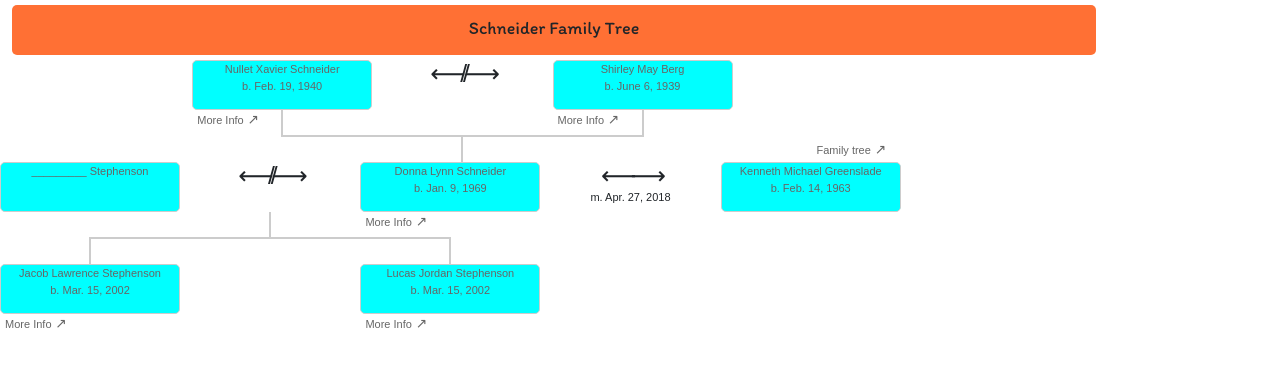
Repository: George2916/GreensladeFamilyTree
Page: familyTreeSchneider.html
The author's editor kept a record of every edit. The page is drawn from the files as they stood at one moment, then again after the next edit.
The browser window is 1280 px wide. The pictures show the whole page.

Above is the page before.

After the next edit:
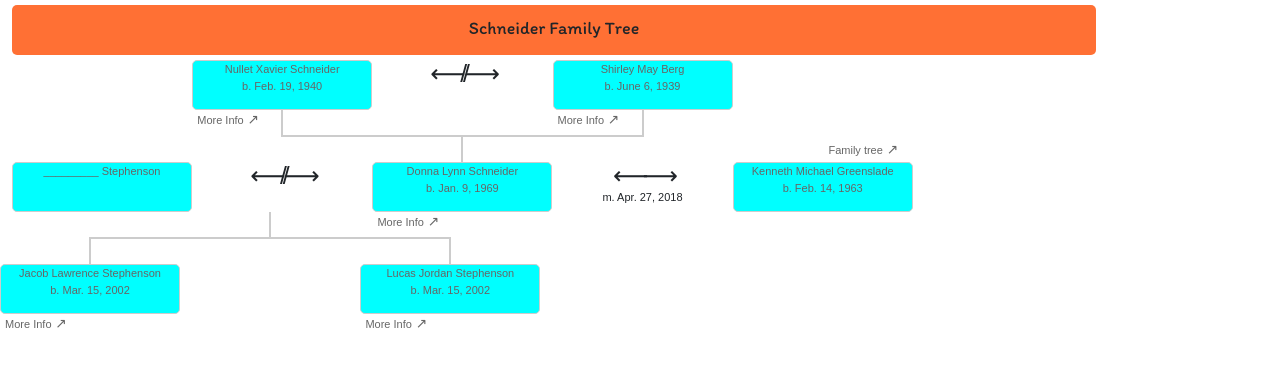
The edit:
--- a/familyTreeSchneider.html
+++ b/familyTreeSchneider.html
@@ -49,9 +49,8 @@
   			<path d="M -5 25 l 95 0" style="stroke:#ccc;stroke-width:2" /></svg></div>
   		<div class="George2"><svg height="50" width="180"></svg></div>
 		</div>
-  </div><!--closes .row-->
 
-  <div class="row">
+
 	  <div class="col-12 George5">
 		  <div class="George1"><p>_________ Stephenson</div>
 		  <div class="George2"><span class="divorceSign">&#10229;&sol;&nbsp;&sol;&#10230;</span></div>
